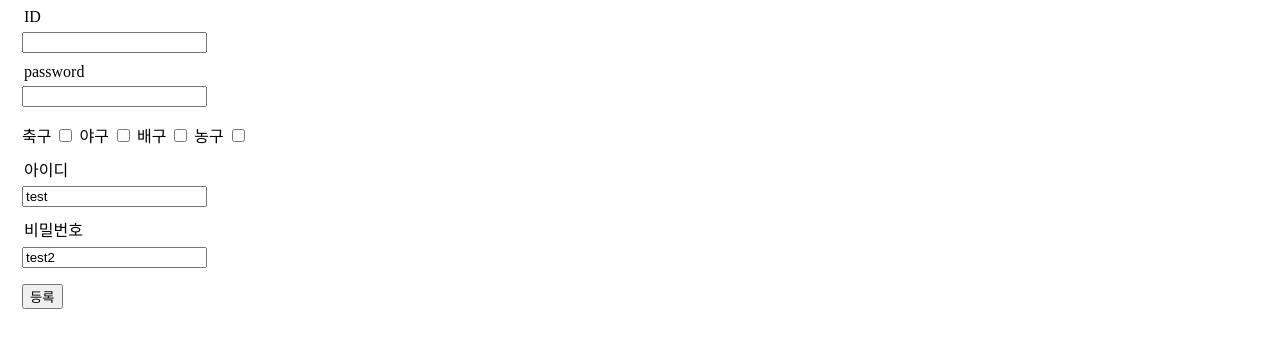
Repository: mireu930/Serverlet_App
Page: src/build/classes/webapp/template/sample_form.html
An editor plug-in stored every save of this project. The page is shown before and after the next save, followed by the edit.
The browser window is 1280 px wide. The pictures show the whole page.

Above is the page before, as saved 2025-02-07 16:21:37.

After the next save:
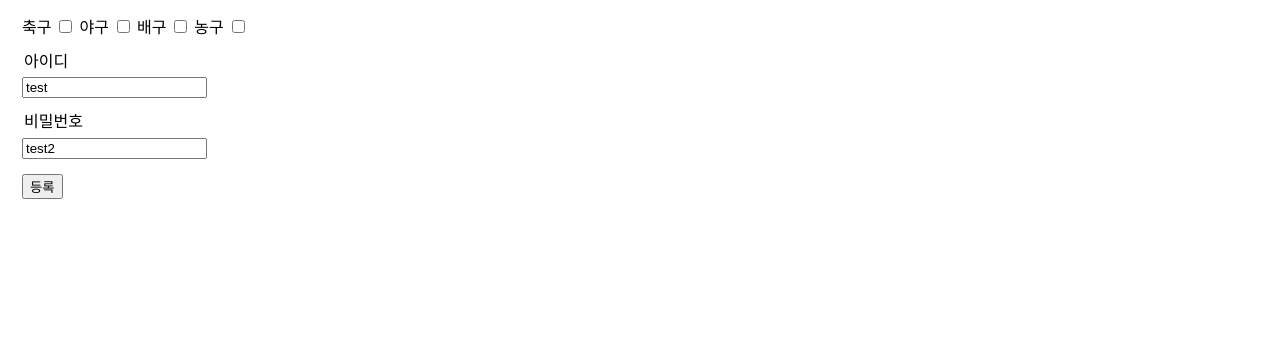
Saved 27 s later.
--- a/src/build/classes/webapp/template/sample_form.html
+++ b/src/build/classes/webapp/template/sample_form.html
@@ -12,15 +12,7 @@
 </head>
 <body>
   <form>
-    <fieldset>
-      <legend>ID</legend>
-      <input type = "text">
-    </fieldset>
-    <fieldset>
-      <legend>password</legend>
-      <input type = "password">
 
-    </fieldset>
     <fieldset>
 
       <label for ="p1">축구</label>
